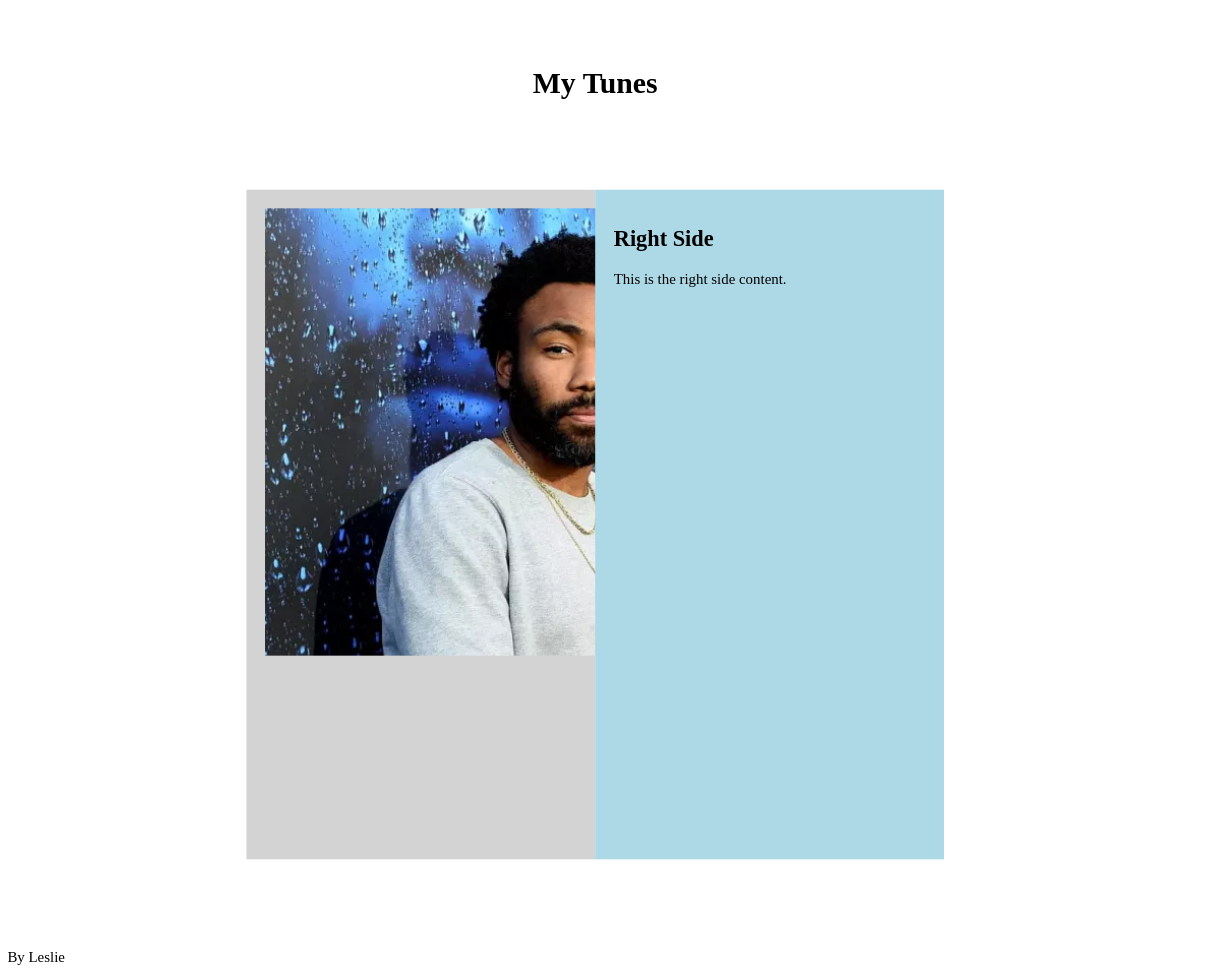
Repository: leslie179/labOne
Page: /
These files come from the project's save history. The page is drawn as it stood at one moment and after a run of saves; the edit follows.
The browser window is 1280 px wide. The page is 1320 px wide, then 1280 px, so the pictures cover 1320 px, including what lies to the right of the window. The pictures show the whole page, at 93% of full size.
The project was rebuilt for these pictures with package versions that can differ from the ones it lists, and the page was loaded fresh each time. The framework's server and built-in components were replaced by stand-ins that run in the browser. Also part of the build but not shown: next.config.js, components/Footer/Footer.module.css, components/RightComponent/RightComponent.module.css.

Above is the page before, as saved 2024-09-15 21:46:00.

### pages/index.js
import Head from 'next/head'
import styles from '@/styles/Home.module.css'
import Footer from '@/components/Footer'
import Header from '@/components/Header'
import LeftComponent from '@/components/LeftComponent'
import RightComponent from '@/components/RightComponent'

export default function Home() {
  return (
    <>
      <Head>
        <title>Create Next App</title>
        <meta name="description" content="Generated by create next app" />
        <meta name="viewport" content="width=device-width, initial-scale=1" />
        <link rel="icon" href="/favicon.ico" />
      </Head>
      <Header/>
      <main className={`${styles.main}`}>
      <div className={styles.container}>
      <div className={styles.left}>
                <LeftComponent />
            </div>
            <div className={styles.right}>
                <RightComponent />
            </div>
            </div>
      </main>
      <Footer/>
    </>
  )
}

### styles/globals.css
:root {


}

a {
  color: inherit;
  text-decoration: none;
}

### styles/Home.module.css
.main {
  display: flex;
  flex-direction: column;
  justify-content: space-between;
  align-items: center;
  padding: 6rem;
  min-height: 20vh;
}

.container {
  display: flex;
  width: 70%;
  height: 100vh;

}

.left, .right {
  width: 50%;
  padding: 20px;
  box-sizing: border-box;
}

.left {
  background-color: lightgray;
}

.right {
  background-color: lightblue;
}

### components/Footer/index.js
import styles from "./Footer.module.css"

export default function Footer() {
    return(
        <footer className={styles.Footer}>
            By Leslie
        </footer>
    )
}

### components/Header/index.js
import styles from './Header.module.css';


export default function Header() {
    return (
        <header className={styles.header}>
            <h1>My Tunes</h1>
        </header>
    );
}

### components/LeftComponent/index.js
import styles from './LeftComponent.module.css';

export default function LeftComponent() {
    return (
        <div>
            <img src="childish_icon.jpg" alt="Childish Icon" className={styles.image} />
        </div>
    );
}

### components/RightComponent/index.js
import styles from './RightComponent.module.css';

export default function RightComponent() {
    return (
        <div>
            <h2>Right Side</h2>
            <p>This is the right side content.</p>
        </div>
    );
}

### components/Header/Header.module.css
.header {
    text-align: center;
    padding-top: 5%;
  }

  .header h1 {
    margin: 0;
    padding: 0;
    font-size: 2rem; /* Adjust as needed */
  }

### components/LeftComponent/LeftComponent.module.css
.left {
    width: 50%;
    background-color: lightgray;
    padding: 20px;
    box-sizing: border-box;
    height: 100vh;
    float: left;
}

.image{
    width: 700px;
    object-fit: cover;
    overflow: hidden;
    padding-right: 100%;
}

Loaded but not shown: pages/_app.js (common file); pages/_document.js (common file)

After the next 2 saves:
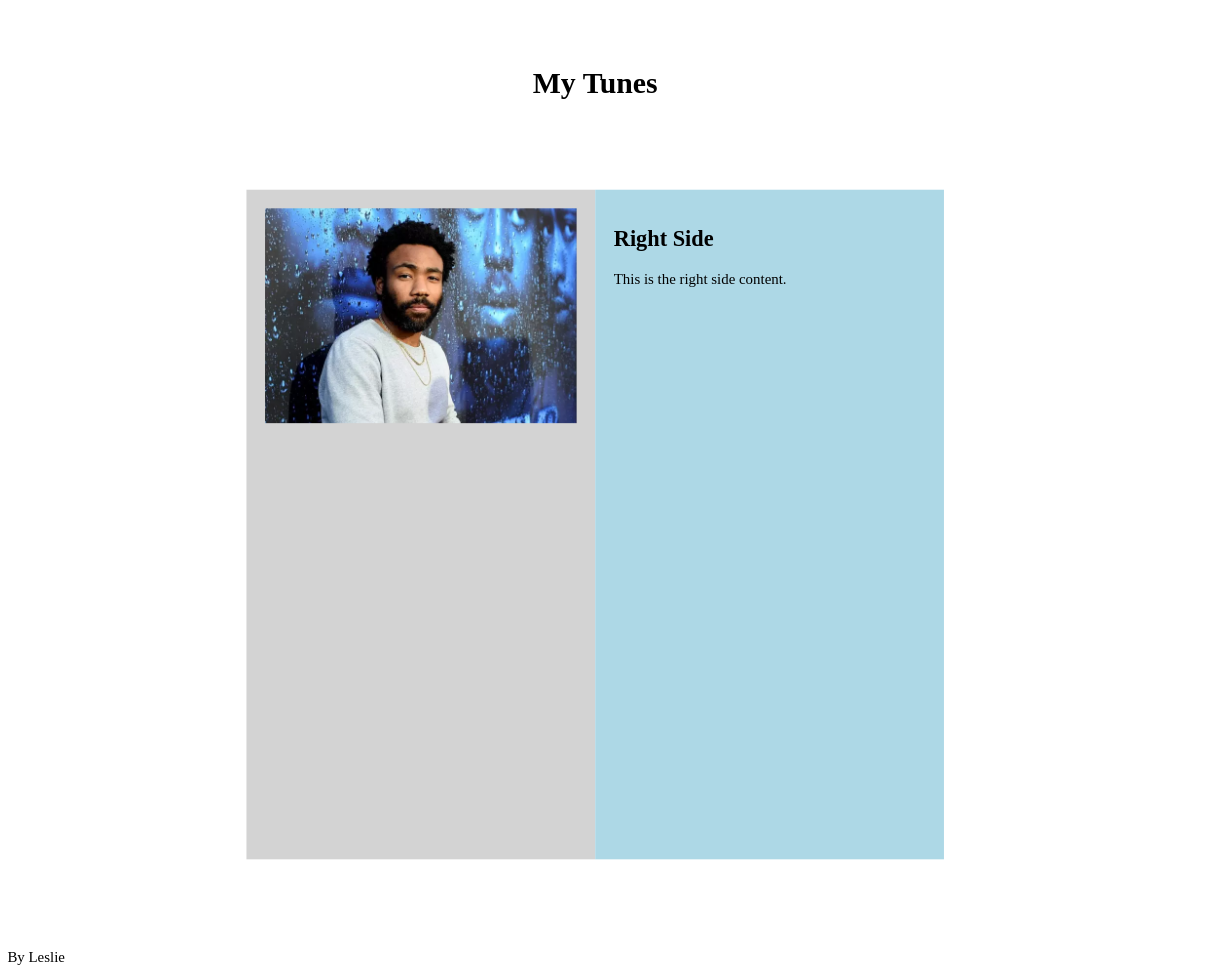
The 2 saves are shown as one change because they came seconds apart.
The last was saved 8 s later.
--- a/components/LeftComponent/LeftComponent.module.css
+++ b/components/LeftComponent/LeftComponent.module.css
@@ -8,8 +8,5 @@
 }
 
 .image{
-    width: 700px;
-    object-fit: cover;
-    overflow: hidden;
-    padding-right: 100%;
+    width: 100%;
 }
